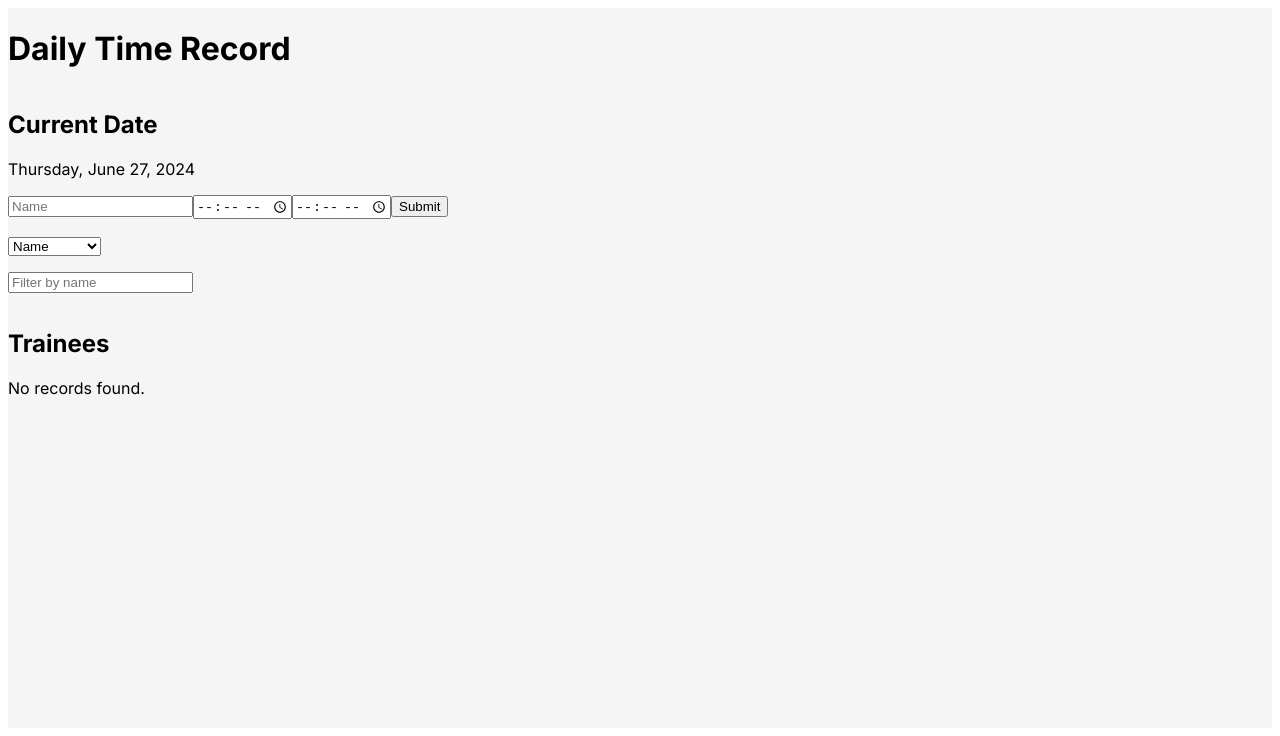
Repository: EeeeeEyyyy/daily_time_record
Page: /
An editor plug-in stored every save of this project. The page is shown before and after the next save, followed by the edit.
The browser window is 1280 px wide. The pictures show the whole page.
The project was rebuilt for these pictures with package versions that can differ from the ones it lists, and the page was loaded fresh each time. The framework's server and built-in components were replaced by stand-ins that run in the browser. Also part of the build but not shown: next.config.mjs, src/app/globals.css.

Above is the page before, as saved 2024-06-27 15:01:30.

After the next save:
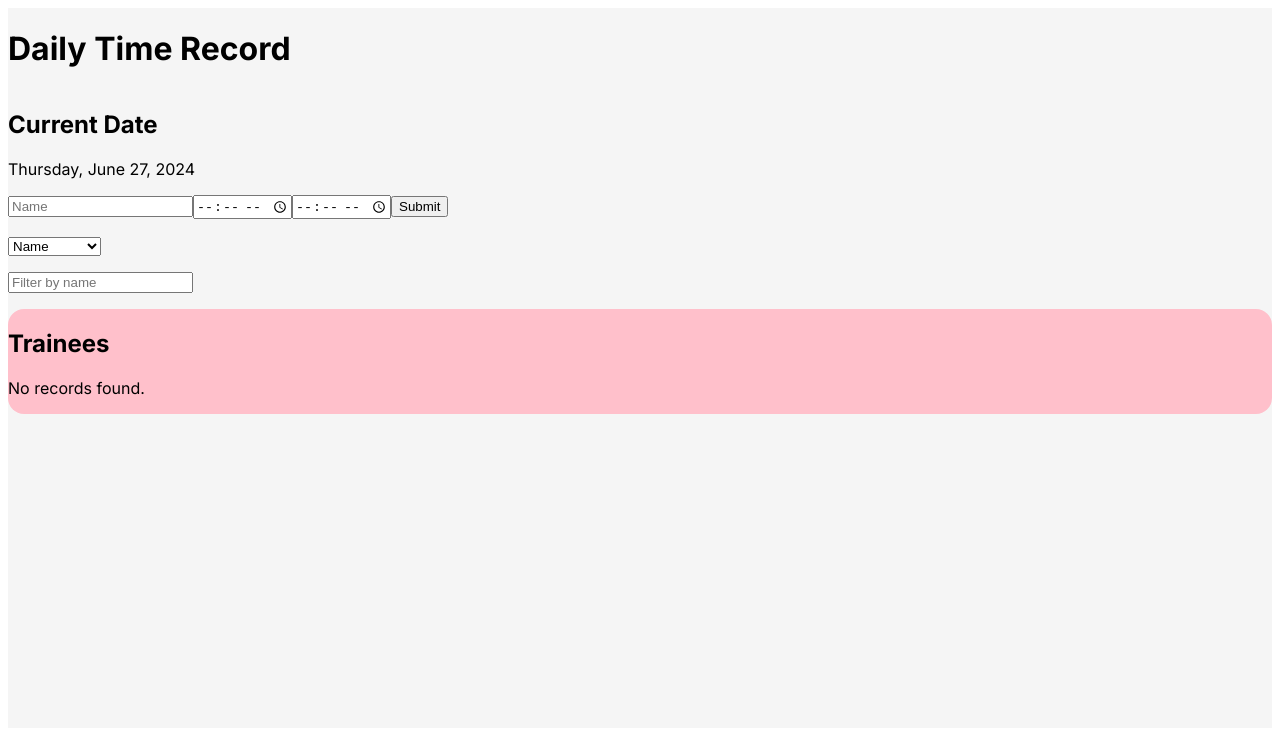
Saved 16 s later.
--- a/src/app/page.module.css
+++ b/src/app/page.module.css
@@ -6,6 +6,7 @@
 }
 .trainees_m{
 border-radius:1rem;
+background:pink;
 }
 .trainees{
     display: flex;
